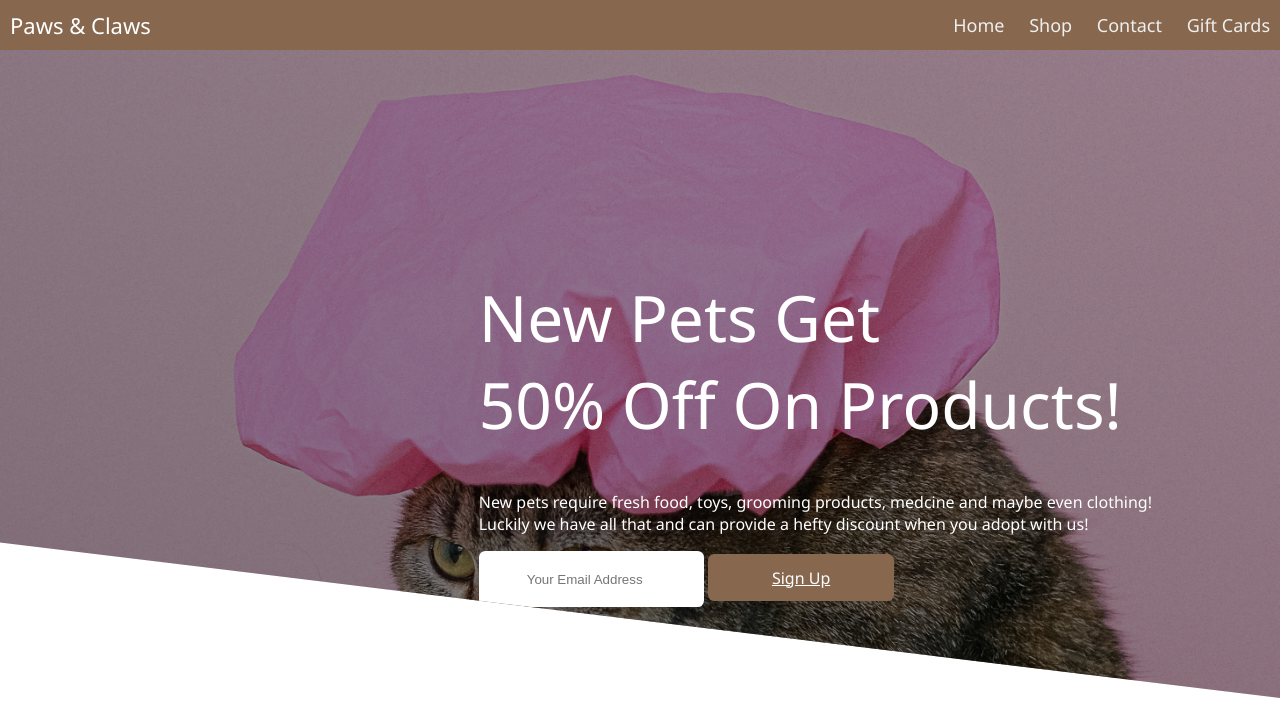
Repository: LtGriff/petProject
Page: dist/about.html
These files come from the project's save history. The page is drawn as it stood at one moment and after a run of saves; the edit follows.
The browser window is 1280 px wide. The pictures show the whole page.

Above is the page before, as saved 2022-05-19 07:38:16.

### dist/about.html
<!DOCTYPE html>
<html lang="en">
<head>
    <meta charset="UTF-8">
    <meta http-equiv="X-UA-Compatible" content="IE=edge">
    <meta name="viewport" content="width=device-width, initial-scale=1.0">
    <link rel="stylesheet" type="text/css" href="../CSS/about.css">
    <title>About the Animal House</title>
</head>
<body>
<!-------------NAV***************BAR----------------------->

    <div class="nav">
        <input type="checkbox" id="nav-check">
        <div class="nav-header">
          <div class="nav-title">
            Paws & Claws
          </div>
        </div>
        <div class="nav-btn">
          <label for="nav-check">
            <span></span>
            <span></span>
            <span></span>
          </label>
        </div>

        <div class="nav-links">
          <a href="index.html" target="">Home</a>
          <a href="shop.html" target="_blank">Shop</a>
          <a href="contact.html" target="_blank">Contact</a>
          <a href="giftcard.html" target="_blank">Gift Cards</a>
        </div>
      </div>

    <!-------------NAV*******BAR********END----------------------->


 <!------------------HEADER*******SECTION---------------------->


 <div class="dogfield"></div>

 <header id="header-section">
  <div class="header-text container">
      <h1>New Pets Get <br> 50%  Off On Products!</h1>
      <p>
         New pets require fresh food, toys, grooming products, medcine and maybe even clothing!<br> Luckily we have all that and can provide a hefty discount when you adopt with us!
      </p>
      <input id="userInput" type="email" placeholder="Your Email Address" required>
      <a class="cta" href="#">Sign Up</a>
      <p id="error">Please provide a valid email address</p>
  </div>
</header>










</body>
</html>

### dist/CSS/about.css
/** NAV BAR **/

* {
    box-sizing: border-box;
  }

  body {
    margin: 0px;
    font-family: 'segoe ui';
  }

  .nav {
    height: 50px;
    width: 100%;
    background-color: #87684e;

  /**
    opacity: .5;
    filter: alpha(opacity=50);
    position: relative;**/
    /* z-index: ; */


    box-shadow:
    0 2.8px 2.2px rgba(0, 0, 0, 0.034),
    0 6.7px 5.3px rgba(0, 0, 0, 0.048),
    0 12.5px 10px rgba(0, 0, 0, 0.06),
    0 22.3px 17.9px rgba(11, 4, 4, 0.072),
    0 41.8px 33.4px rgba(0, 0, 0, 0.086),
    0 100px 80px rgba(0, 0, 0, 0.12);
  }

  .nav > .nav-header {
    display: inline;
  }

  .nav > .nav-header > .nav-title {
    display: inline-block;
    font-size: 22px;
    color: #fff;
    padding: 10px 10px 10px 10px;
  }

  .nav > .nav-btn {
    display: none;
  }

  .nav > .nav-links {
    display: inline;
    float: right;
    z-index: 9;
    font-size: 18px;
  }

  .nav > .nav-links > a {
    display: inline-block;
    padding: 13px 10px 13px 10px;
    text-decoration: none;
    color: #efefef;
  }

  .nav > .nav-links > a:hover {
    background-color: rgba(0, 0, 0, 0.3);
  }

  .nav > #nav-check {
    display: none;
  }


 /** HEADER SECTION **/

#header-section{
    height: 90vh;
    background-image: linear-gradient(
        to left bottom,
        rgba(0, 0, 0, 0.4),
        rgba(0, 0, 0, 0.5)),
    url("../img/catpink.jpg");
    background-attachment: fixed;
    background-size: cover;
    background-position: bottom t;
    position: relative;
    object-fit: scale-down;
    clip-path: polygon(0% 0%,100% 0%,100% 100%,0% 76%);

  }



  .header-text {
    position: absolute;
    top: 28%;
    right: 10%;
    color: #ffffff;
  }

  .header-text h1 {
    font-size: 4rem;
    font-weight: 500;
  }

  .header-text p {
    margin-bottom: 1rem;
  }

  #header-section input {
    width: 225px;
    height: 3.5rem;
    border-radius: 0.4rem;
    border: none;
    padding: 0.5rem 3rem;
  }

  .cta {
    background-color: #87684e;
    padding: 0.8rem 4rem;
    border-radius: 0.4rem;
    color: #fff;
    font-weight: 400;
  }

  .cta:hover {
    transform: translateY(-3px);
    box-shadow: 0 1rem 2rem rgba(0, 0, 0, .2);
  }

  .cta:active {
    transform: translateY(-1px);
    box-shadow: 0 .5rem 1rem rgba(0, 0, 0, .2);
  }

  .cta::after {
    content: "";
    display: inline-block;
    height: 100%;
    width: 100%;
    border-radius: 10rem;
    position: absolute;
    top: 0;
    left: 0;
    z-index: -1;
    transition: all .4s;
  }

  .cta:hover::after {
    transform: scaleX(1.4) scaleY(1.6);
    opacity: 0;
  }

  #error {
    color: red;
    font-weight: 600;
    display: none;
    margin-top: 1rem;
    transition: all 0.5s ease-in;
  }

@media (max-width:600px) {
    .nav > .nav-btn {
      display: inline-block;
      position: absolute;
      right: 0px;
      top: 0px;
    }
    .nav > .nav-btn > label {
      display: inline-block;
      width: 50px;
      height: 50px;
      padding: 13px;
    }
    .nav > .nav-btn > label:hover,.nav  #nav-check:checked ~ .nav-btn > label {
      background-color: rgba(0, 0, 0, 0.3);
    }
    .nav > .nav-btn > label > span {
      display: block;
      width: 25px;
      height: 10px;
      border-top: 2px solid #eee;
    }
    .nav > .nav-links {
      position: absolute;
      display: block;
      width: 100%;
      background: rgb(234,212,189);
      background: linear-gradient(7deg, rgba(234,212,189,1) 0%, rgba(204,175,140,1) 24%, rgba(191,161,124,1) 64%, rgba(135,104,78,1) 98%);
      height: 0px;
      transition: all 0.3s ease-in;
      overflow-y: hidden;
      top: 50px;
      left: 0px;
    }
    .nav > .nav-links > a {
      display: block;
      width: 100%;
    }
    .nav > #nav-check:not(:checked) ~ .nav-links {
      height: 0px;
    }
    .nav > #nav-check:checked ~ .nav-links {
      height: calc(28vh - 50px);
      overflow-y: auto;
    }

  }

After the next 2 saves:
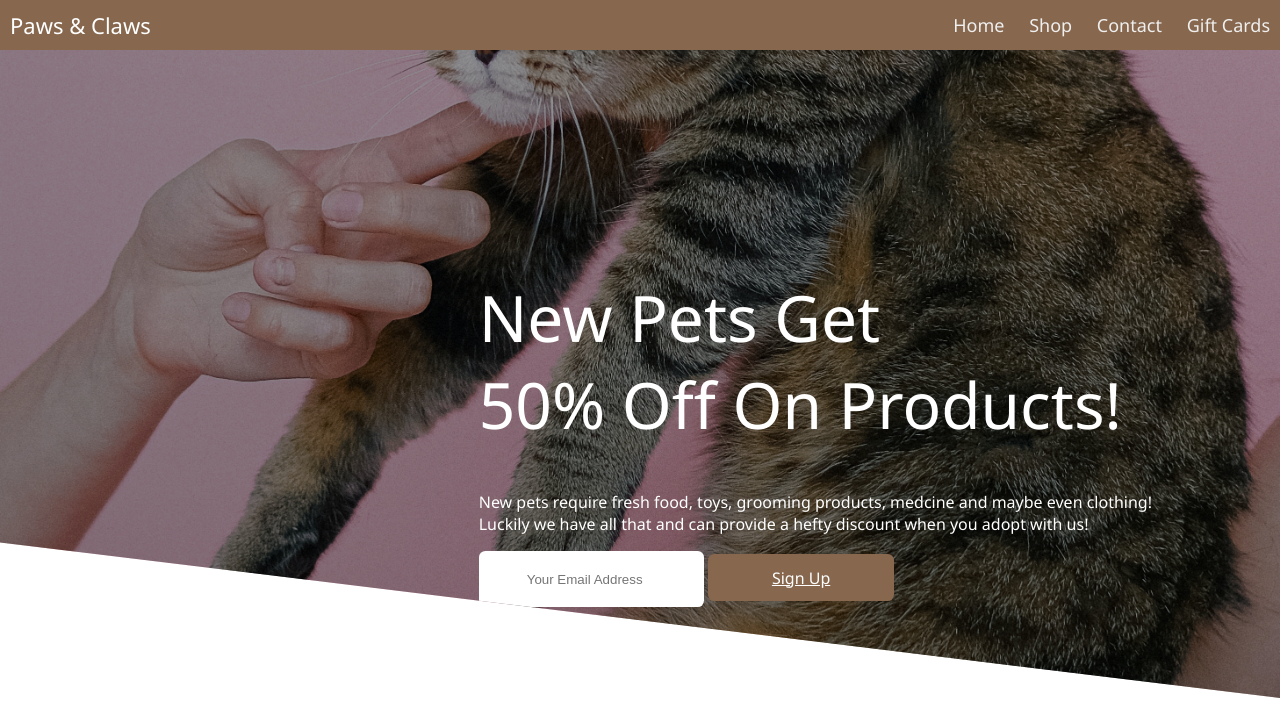
The 2 saves are shown as one change because they came seconds apart.
The last was saved 7 s later.
--- a/dist/CSS/about.css
+++ b/dist/CSS/about.css
@@ -79,7 +79,7 @@
     url("../img/catpink.jpg");
     background-attachment: fixed;
     background-size: cover;
-    background-position: bottom t;
+    background-position: center;
     position: relative;
     object-fit: scale-down;
     clip-path: polygon(0% 0%,100% 0%,100% 100%,0% 76%);

After the 2 saves that followed:
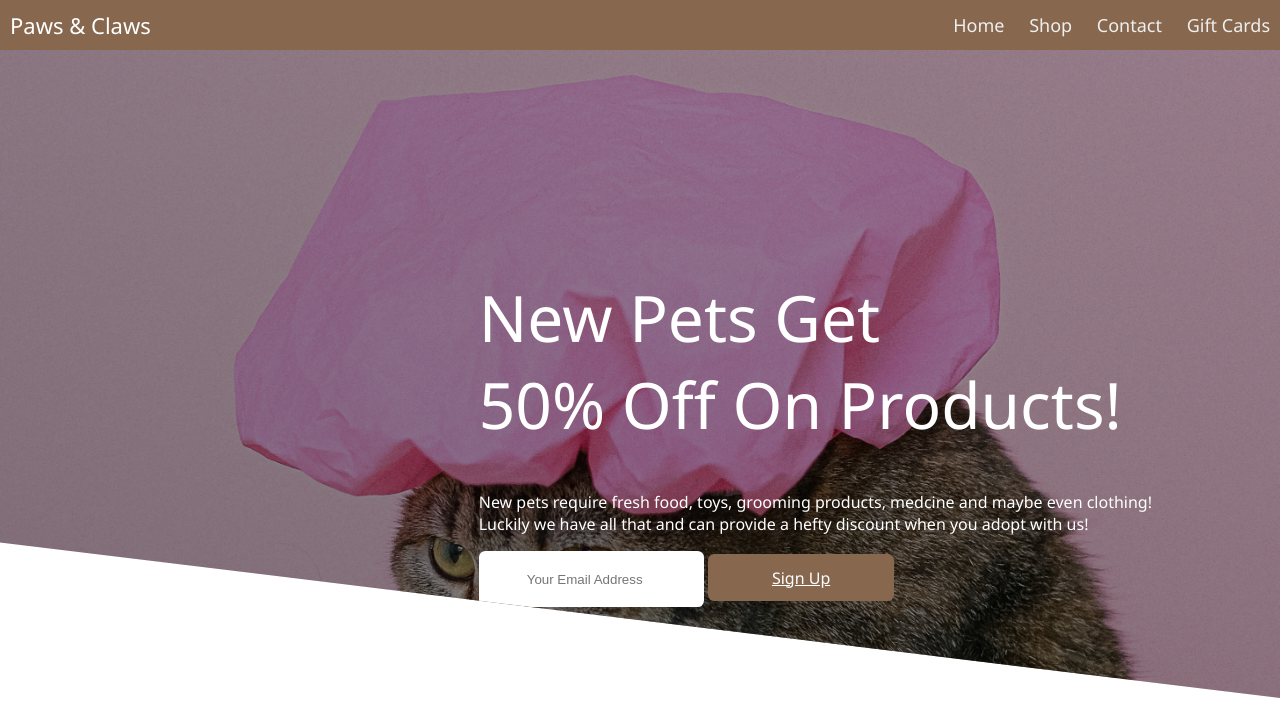
The 2 saves are shown as one change because they came seconds apart.
The last was saved 8 s later.
--- a/dist/CSS/about.css
+++ b/dist/CSS/about.css
@@ -79,7 +79,6 @@
     url("../img/catpink.jpg");
     background-attachment: fixed;
     background-size: cover;
-    background-position: center;
     position: relative;
     object-fit: scale-down;
     clip-path: polygon(0% 0%,100% 0%,100% 100%,0% 76%);
